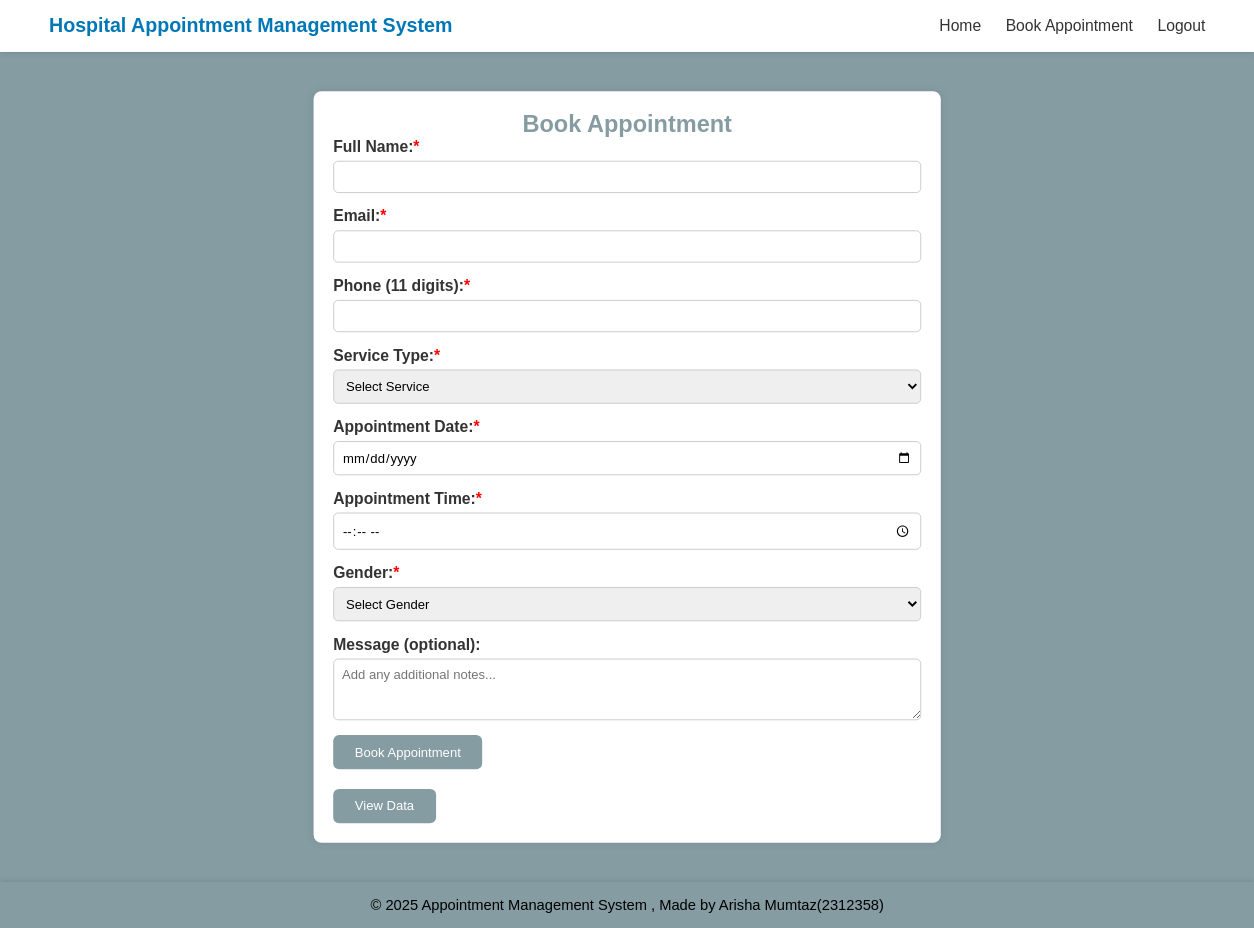
Repository: Arisha004/Hospital-appointment-management-system-
Page: http://localhost/
An editor plug-in stored every save of this project. The page is shown before and after the next save, followed by the edit.
The browser window is 1280 px wide. The pictures show the whole page, at 98% of full size.
The page is run by PHP 8.4 with error messages shown; the project is at /var/www/html/.

Above is the page before, as saved 2025-11-16 16:08:19.

### index.php
<html>
<head>
<title>Book Appointment</title>
<link rel="stylesheet" href="style2.css">

</head>
<body>
 <header class="navbar">
    <div class="logo">Hospital Appointment Management System</div>
    <nav>
      <ul>
        <li><a href="landingpage.html">Home</a></li>
          <li><a href="index.php">Book Appointment</a></li>

          <li><a href="signup.php">Logout</a></li>
      </ul>
    </nav>
  </header>


<div class="container1">
  <h2>Book Appointment</h2>
  <form  action="insertappointmentform.php" method="POST">

    <label>Full Name:<span>*</span></label>
    <input type="text" name="full_name" required pattern="^[A-Za-z]{3,}( [A-Za-z]+)?$"  minlength="3"
       title="Name should contain only letters.">


    <label>Email:<span>*</span></label>
    <input type="email"
   name="email" required title="enter a valid email address">

    <label>Phone (11 digits):<span>*</span></label>
    <input type="number" name="phone" required pattern="[0-9]{11}" title="Phone number must be exactly 11 digits." maxlength="11">

    <label>Service Type:<span>*</span></label>
    <select name="service_type" required>
      <option value=""> Select Service </option>
      <option value="Consultation">Consultation</option>
      <option value="Follow-up">Follow-up</option>
      <option value="Check-up">Check-up</option>
      <option value="Emergency">Emergency</option>
    </select>

    <label>Appointment Date:<span>*</span></label>
    <input type="date" name="appointment_date" required min="<?php echo date('Y-m-d'); ?>">

    <label>Appointment Time:<span>*</span></label>
    <input type="time" name="appointment_time" required>




       <label>Gender:<span>*</span></label>
    <select name="gender" required>
      <option value=""> Select Gender </option>
      <option value="Male">Male</option>
      <option value="Female">Female</option>
      <option value="Other">Other</option>
    </select>

    <label>Message (optional):</label>
    <textarea name="message"  rows="3"  placeholder="Add any additional notes..."></textarea>

    <input type="hidden" name="created_at" value="<?php echo date('Y-m-d H:i:s'); ?>">

    <button type="submit" name="submit"> Book Appointment </button>
  </form>


<div style="margin-top:20px;">
    <form action="list.php" method="get">
    <button type="submit">View Data</button>
    </form>
</div>
</div>

    <footer>
    <p>© 2025 Appointment Management System , Made by Arisha Mumtaz(2312358)</p>
  </footer>
</div>
</body>
</html>

### style2.css
  /* Reset and fonts */
* {
  margin: 0;
  padding: 0;
  box-sizing: border-box;
  font-family: 'Poppins', sans-serif;
}

body {
  background: #869CA3;
  color: #333;
}
  .container1 { width: 50%; margin: 40px auto; background: #fff; padding: 20px; border-radius: 8px; box-shadow: 0 0 10px rgba(0,0,0,0.1); }
  h2 { text-align: center; color: #869CA3; }
  label { font-weight: bold; display: block; margin-bottom: 5px; }
  input, select, textarea {
      width: 100%;
      padding: 8px;
      margin-bottom: 15px;
      border: 1px solid #ccc;
      border-radius: 5px;
  }
 /* Footer */
footer {
  text-align: center;
  padding: 15px;
  background-color:#869CA3;
        color: black;
  box-shadow: 0 -2px 5px rgba(0,0,0,0.1);
  font-size: 15px;

}
label span {
  color: red;
}

/* Navbar */
.navbar {
  display: flex;
  justify-content: space-between;
  align-items: center;
  padding: 15px 50px;
  background: #fff;
  box-shadow: 0 2px 5px rgba(0,0,0,0.1);
  position: sticky;
  top: 0;
  z-index: 10;
}

.navbar .logo {
  font-weight: 700;
    font-size: 20px;
  color: #0077b6;
}

.navbar ul {
  display: flex;
  list-style: none;
}

.navbar ul li a {
  text-decoration: none;
  color: #333;
  margin-left: 25px;
  transition: 0.3s;
}

.navbar ul li a:hover {
  color: #0077b6;
}

  button{

  display: inline-block;
  background-color: #869CA3;
  color: #fff;
  padding: 10px 22px;
  border: none;
  border-radius: 6px;
  cursor: pointer;
  font-weight: 500;

  transition: 0.3s;
   text-align: center;
}

button:hover {
  background-color: #7498a3;
  transform: translateY(-2px);
}

  input[type=submit] {
      background-color: #007bff;
      color: white;
      border: none;
      padding: 10px 15px;
      cursor: pointer;
      border-radius: 5px;
  }
    input[type='radio'] {
    width: 18px;
    height: 18px;
    accent-color: #2196F3;
    margin-right: 8px;
    cursor: pointer;
  }
  label {
    font-family: Arial, sans-serif;
    font-size: 16px;
    margin-right: 15px;
    cursor: pointer;
  }
  input[type=submit]:hover {
      background-color: #0056b3;
  }
  select[name="status"] {
    background-color: #f8f9fa;
    color: #495057;
    padding: 8px;
    margin-bottom: 15px;
    border: 1px solid #ced4da;
    border-radius: 5px;
    width: 100%;
}

select[name="status"] option[value="Pending"] { color: #ffc107; }
select[name="status"] option[value="Confirmed"] { color: #28a745; }
select[name="status"] option[value="Cancelled"] { color: #dc3545; }
select[name="status"] option[value="Completed"] { color: #17a2b8; }

After the next save:
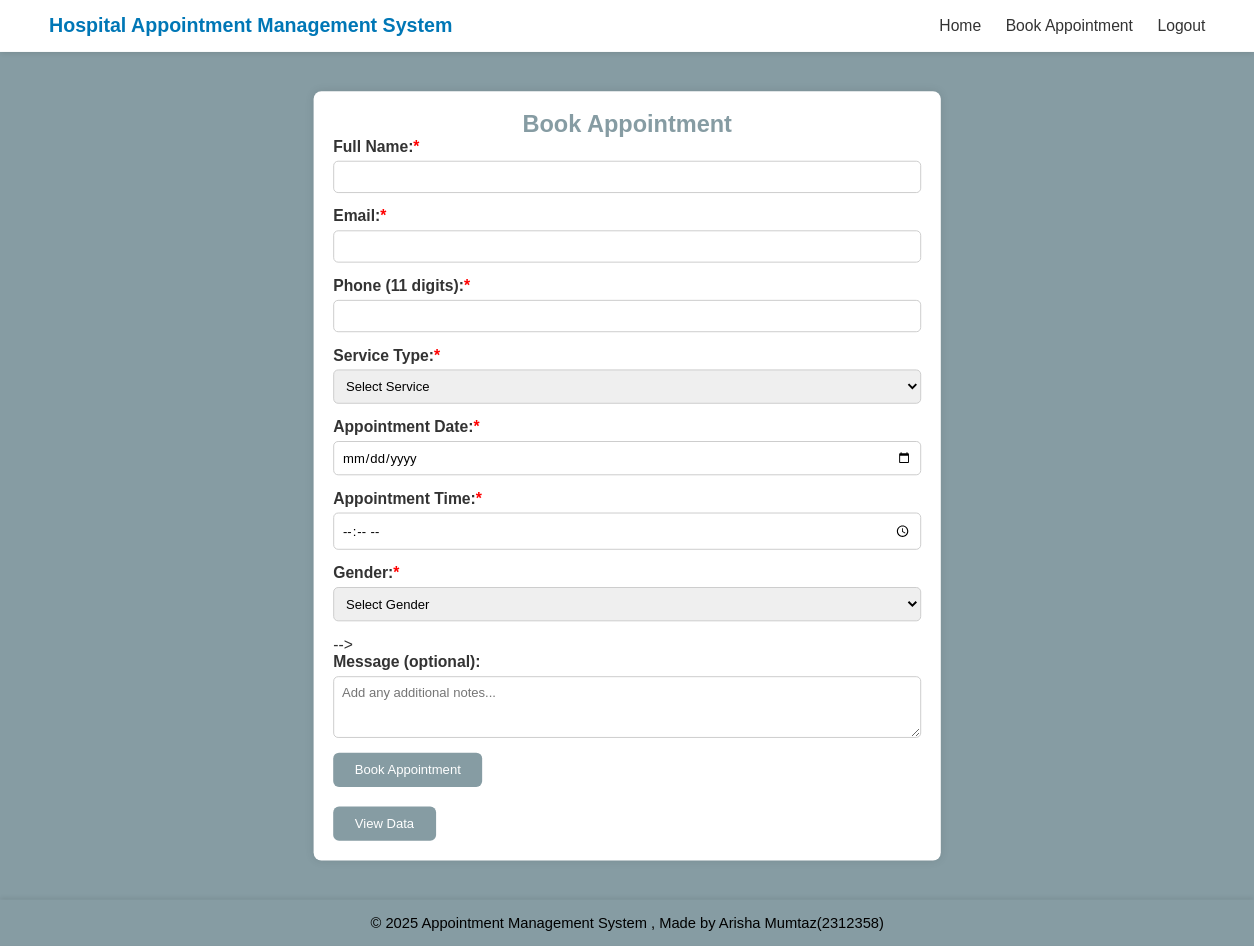
Saved 7 s later.
--- a/index.php
+++ b/index.php
@@ -58,7 +58,7 @@
       <option value="Male">Male</option>
       <option value="Female">Female</option>
       <option value="Other">Other</option>
-    </select>
+    </select> -->
 
     <label>Message (optional):</label>
     <textarea name="message"  rows="3"  placeholder="Add any additional notes..."></textarea>
